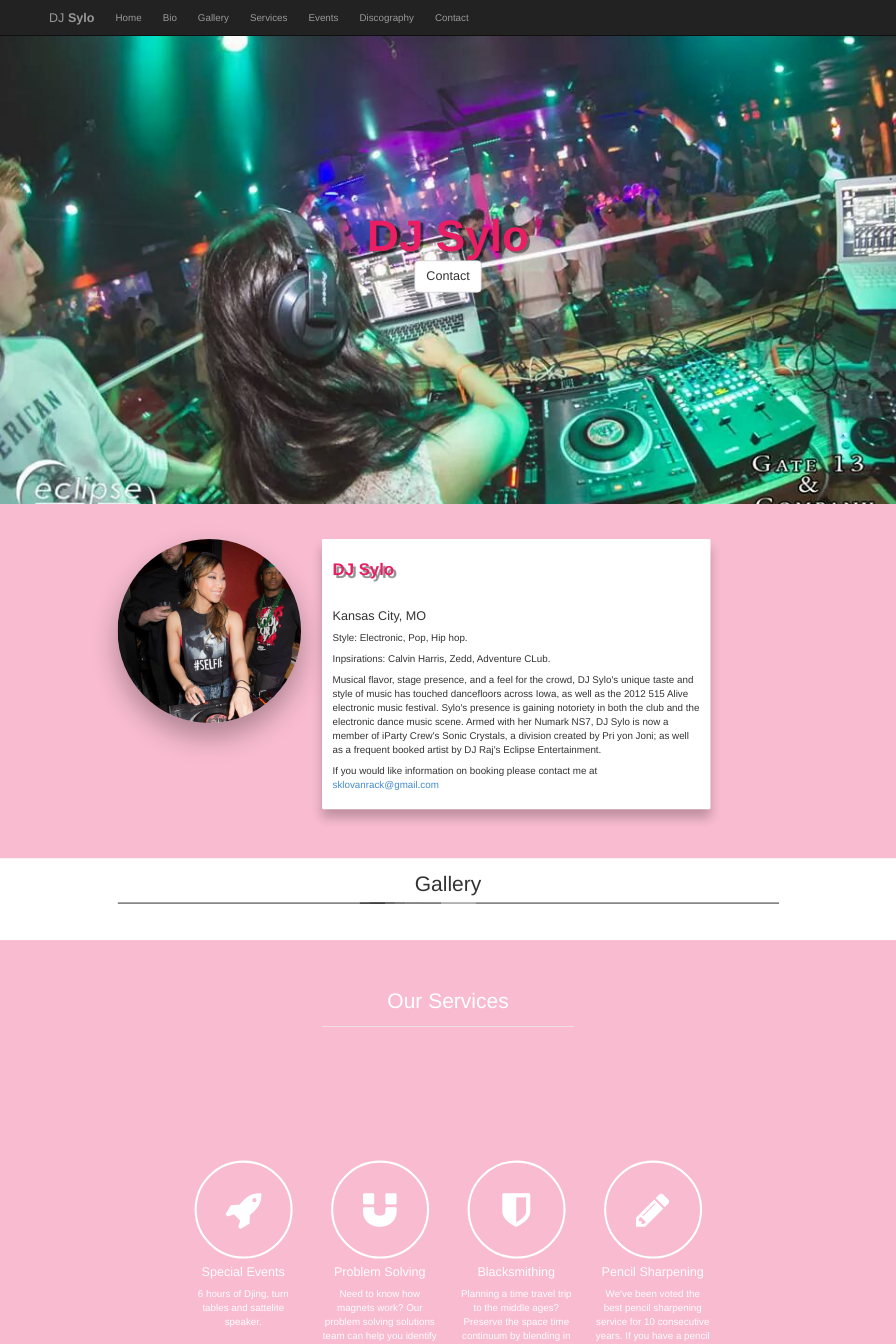
Repository: BambooXLotus/DjSylo
Page: client/index.html
The author's editor kept a record of every edit. The page is drawn from the files as they stood at one moment, then again after the next edit.
The browser window is 1280 px wide. The pictures show the part of the page from y = 0 to 1920 px (the page is 4462 px tall), at 70% of full size.
Pictures or frames that could not be fetched are drawn as grey boxes. Some icons come from a web library that is not loaded, so they are not drawn. Backgrounds fixed to the window are drawn as part of the page. Some web libraries are served in a nearby version.

Above is the page before.

### client/index.html
<!DOCTYPE html>
<html lang="en">

<head>
    <meta charset="utf-8">
    <meta name="viewport" content="width=device-width, initial-scale=1.0">
    <meta name="description" content="">
    <meta name="author" content="">
    <title>DJ Sylo</title>
    <!-- Bootstrap core CSS
        -->
    <link href="css/bootstrap.css" rel="stylesheet">
    <!-- Add custom CSS here -->
    <link href="css/stylish-portfolio.css" rel="stylesheet">
    <link href="//maxcdn.bootstrapcdn.com/font-awesome/4.1.0/css/font-awesome.min.css" rel="stylesheet">
    <link href="css/nanogallery.min.css" rel="stylesheet" type="text/css">
</head>

<body>
    <!-- Side Menu -->
    <nav class="navbar navbar-fixed-top navbar-inverse" role="navigation">
        <div class="container">
            <div class="navbar-header">
                <button type="button" class="navbar-toggle" data-toggle="collapse" data-target=".navbar-ex1-collapse">
                    <span class="sr-only">Toggle navigation</span>
                    <span class="icon-bar"></span>
                    <span class="icon-bar"></span>
                    <span class="icon-bar"></span>
                </button>
                <a class="navbar-brand" href="index.php">DJ <b>Sylo</b></a>
            </div>
            <!-- Collect the nav links, forms, and other content for toggling -->
            <div class="collapse navbar-collapse navbar-ex1-collapse">
                <ul class="nav navbar-nav">
                    <li>
                        <a href="#top">Home</a>
                    </li>
                    <li>
                        <a href="#about">Bio</a>
                    </li>
                    <li>
                        <a href="#gallery">Gallery</a>
                    </li>
                    <li>
                        <a href="#services">Services</a>
                    </li>
                    <li>
                        <a href="#portfolio">Events</a>
                    </li>
                    <li>
                        <a href="#portfolio">Discography</a>
                    </li>
                    <li>
                        <a href="#contact">Contact</a>
                    </li>
                </ul>
            </div>
            <!-- /.navbar-collapse -->
        </div>
        <!-- /.container -->
    </nav>
    <!-- /Side Menu -->
    <!-- Full Page Image Header Area -->
    <div id="top" class="header">
        <div class="vert-text">
            <div class="hero">
                <h1>DJ <b>Sylo</b></h1>
                <a href="#contact" class="btn btn-lg btn-default">Contact</a>
            </div>
        </div>
    </div>
    <!-- /Full Page Image Header Area -->
    <!-- Intro -->
    <div id="about" class="about">
        <div class="container">
            <div class="row">
                <div class="col-md-3 col-md-offset-1">
                    <img class="img-circle img-responsive circle-shadow" src="img/portrait-sm.jpg">
                </div>
                <div class="col-md-6 col-xs-12">
                    <div class="panel panel-default dialog">
                        <div class="panel-heading">
                            <h3>DJ Sylo</h3>
                        </div>
                        <div class="panel-body">
                            <h4>Kansas City, MO</h4>
                            <p>Style: Electronic, Pop, Hip hop.</p>
                            <p>Inpsirations: Calvin Harris, Zedd, Adventure CLub.</p>
                            <p>Musical flavor, stage presence, and a feel for the crowd, DJ Sylo's unique taste and style of music has touched dancefloors across Iowa, as well as the 2012 515 Alive electronic music festival. Sylo's presence is gaining notoriety
                                in both the club and the electronic dance music scene. Armed with her Numark NS7, DJ Sylo is now a member of iParty Crew's Sonic Crystals, a division created by Pri yon Joni; as well as a frequent booked artist by DJ Raj's
                                Eclipse Entertainment.</p>
                            <p>If you would like information on booking please contact me at <a href="sklovanrack@gmail.com">sklovanrack@gmail.com</a>
                            </p>
                        </div>
                    </div>
                </div>
            </div>
        </div>
    </div>
    <!-- /Intro -->
    <!-- Gallery -->
    <div id="gallery" class="gallery">
        <div class="container">
            <div class="row">
                <div class="col-md-6 col-md-offset-3 text-center">
                    <h2>Gallery</h2>
                </div>
            </div>
            <div class="row">
                <div class="col-md-10 col-md-offset-1 col-xs-12 text-center">
                    <div id="nanoGallery2"></div>
                </div>
            </div>
        </div>
    </div>
    <!-- /Gallery -->
    <!-- Services -->
    <div id="services" class="services">
        <div class="container">
            <div class="row">
                <div class="col-md-4 col-md-offset-4 text-center">
                    <h2>Our Services</h2>
                    <hr>
                </div>
            </div>
            <div class="row">
                <div class="col-md-offset-3 col-md-6">
                    <iframe width="100%" height="166" scrolling="no" frameborder="no" src="https://w.soundcloud.com/player/?url=https%3A//api.soundcloud.com/tracks/160960689&amp;color=ff5500&amp;auto_play=false&amp;hide_related=false&amp;show_comments=true&amp;show_user=true&amp;show_reposts=false"></iframe>
                </div>
            </div>
            <div class="row">
                <div class="col-md-2 col-md-offset-2 text-center">
                    <div class="service-item">
                        <i class="service-icon fa fa-rocket"></i>
                        <h4>Special Events</h4>
                        <p>6 hours of Djing, turn tables and sattelite speaker.</p>
                    </div>
                </div>
                <div class="col-md-2 text-center">
                    <div class="service-item">
                        <i class="service-icon fa fa-magnet"></i>
                        <h4>Problem Solving</h4>
                        <p>Need to know how magnets work? Our problem solving solutions team can help you identify problems and conduct exploratory research.</p>
                    </div>
                </div>
                <div class="col-md-2 text-center">
                    <div class="service-item">
                        <i class="service-icon fa fa-shield"></i>
                        <h4>Blacksmithing</h4>
                        <p>Planning a time travel trip to the middle ages? Preserve the space time continuum by blending in with period accurate armor and weapons.</p>
                    </div>
                </div>
                <div class="col-md-2 text-center">
                    <div class="service-item">
                        <i class="service-icon fa fa-pencil"></i>
                        <h4>Pencil Sharpening</h4>
                        <p>We've been voted the best pencil sharpening service for 10 consecutive years. If you have a pencil that feels dull, we'll get it sharp!</p>
                    </div>
                </div>
            </div>
        </div>
    </div>
    <!-- /Services -->
    <!-- Callout -->
    <div class="callout">
        <div class="vert-text">
            <h1>DJ Sylo</h1>
        </div>
    </div>
    <!-- /Callout -->
    <!-- Portfolio -->
    <div id="portfolio" class="portfolio">
        <div class="container">
            <div class="row">
                <div class="col-md-4 col-md-offset-4 text-center">
                    <h2>Events</h2>
                    <hr>
                </div>
            </div>
            <div class="row">
                <div class="col-md-5 col-md-offset-1">
                    <div class="panel card fixed-card">
                        <div class="card-heading">
                            <h3 class="panel-title">Jokers</h3>
                            <h4 class="panel-title stickyBottom">Des Moines - Iowa</h4>
                            <img class="img-portfolio img-responsive" src="img/one-1.jpg">
                        </div>
                        <div class="panel-body">
                            <h4>November 26th Wednesday</h4>
                        </div>
                    </div>
                </div>
                <div class="col-md-5">
                    <div class="panel card fixed-card">
                        <div class="card-heading">
                            <h3 class="panel-title">Jokers</h3>
                            <h4 class="panel-title stickyBottom">Cedarfalls - Iowa</h4>
                            <img class="img-portfolio img-responsive" src="img/portfolio-2.jpg">
                        </div>
                        <div class="panel-body">
                            <h4>Dec 26th Wednesday</h4>
                            <h5>Cats Named Remmy Drink Free</h5>
                        </div>
                    </div>
                </div>
            </div>
            <div class="row">
                <div class="col-md-5 col-md-offset-1">
                    <div class="panel card fixed-card">
                        <div class="card-heading">
                            <h3 class="panel-title">Cafe Mood</h3>
                            <h4 class="panel-title stickyBottom">Ames - Iowa</h4>
                            <img class="img-portfolio img-responsive" src="img/portfolio-3.jpg">
                        </div>
                        <div class="panel-body">
                            <h4>Dec 26th Wednesday</h4>
                        </div>
                    </div>
                </div>
                <div class="col-md-5">
                    <div class="panel card fixed-card">
                        <div class="card-heading">
                            <h3 class="panel-title">Hotel</h3>
                            <h4 class="panel-title stickyBottom">Kansas City - Missouri</h4>
                            <img class="img-portfolio img-responsive" src="img/portfolio-4.jpg">
                        </div>
                        <div class="panel-body">
                            <h4>Dec 26th Wednesday</h4>
                            <h5>Located in the Power and Light district.</h5>
                        </div>
                    </div>
                </div>
            </div>
        </div>
    </div>
    <!-- /Portfolio -->
    <!-- Call to Action -->
    <div class="call-to-action">
        <div class="container">
            <div class="row">
                <div class="col-md-6 col-md-offset-3 text-center">
                    <h3>Place Holder.</h3>
                    <a href="#" class="btn btn-lg btn-default">Click Me!</a>
                    <a href="#" class="btn btn-lg btn-primary">Look at Me!</a>
                </div>
            </div>
        </div>
    </div>
    <!-- /Call to Action -->
    <!-- Map -->
    <div id="contact">
        <div class="container">
            <div class="row">
                <div class="col-md-6 col-md-offset-3">
                    <h3>Contact</h3>
                    <hr>
                    <address>
                            <strong>Email:</strong>
                            <a href="mailto:#">sklovanrack@gmail.com</a>
                            <br>
                            <br>
                            <strong>Phone:</strong>(515) 329-2323</address>
                </div>
            </div>
            <div>
                <div class="col-md-6 col-md-offset-3 contact-form">
                    <form id="contact" method="post" class="form" role="form">
                        <div class="row">
                            <div class="col-xs-6 col-md-6 form-group">
                                <input class="form-control" id="name" name="name" placeholder="Name" type="text" />
                            </div>
                            <div class="col-xs-6 col-md-6 form-group">
                                <input class="form-control" id="email" name="email" placeholder="Email" type="email" required />
                            </div>
                        </div>
                        <textarea class="form-control" id="message" name="message" placeholder="Message" rows="5"></textarea>
                        <br />
                        <div class="row">
                            <div class="col-xs-12 col-md-12 form-group">
                                <button class="btn btn-primary pull-right" type="submit">Submit</button>
                            </div>
                        </div>
                    </form>
                </div>
            </div>
        </div>
    </div>
    <!-- /Map -->
    <!-- Footer -->
    <footer>
        <div class="container">
            <div class="row">
                <div class="col-md-6 col-md-offset-3 text-center">
                    <ul class="list-inline">
                        <li>
                            <a class="fa fa-facebook fa-3x" href="https://www.facebook.com/DJSyloSonicCrystals"></a>
                        </li>
                        <li>
                            <i class="fa fa-twitter fa-3x"></i>
                        </li>
                        <li>
                            <i class="fa fa-instagram fa-3x"></i>
                        </li>
                        <li>
                            <a class="fa fa-soundcloud fa-3x" href="https://soundcloud.com/bambooproduction/sets"></a>
                        </li>
                    </ul>
                    <div class="top-scroll">
                        <a href="#top"><i class="fa fa-circle-arrow-up scroll fa-4x"></i></a>
                    </div>
                    <hr>
                    <p>Copyright &copy; Bamboo Lotus 2014</p>
                </div>
            </div>
        </div>
    </footer>
    <!-- /Footer -->
    <!-- JavaScript -->
    <script src="js/jquery-1.10.2.js"></script>
    <script src="js/bootstrap.js"></script>

    <!-- nanoGALLERY plugin files -->
    <script type="text/javascript" src="js/jquery.nanogallery.min.js"></script>
    <!-- Custom JavaScript for the Side Menu and Smooth Scrolling
        -->
    <script>
        $("#menu-close").click(function(e) {
            e.preventDefault();
            $("#sidebar-wrapper").toggleClass("active");
        });
    </script>
    <script>
        $("#menu-toggle").click(function(e) {
            e.preventDefault();
            $("#sidebar-wrapper").toggleClass("active");
        });
    </script>
    <script>
        $(function() {
            $('a[href*=#]:not([href=#])').click(function() {
                if (location.pathname.replace(/^\//, '') == this.pathname.replace(/^\//, '') || location.hostname == this.hostname) {

                    var target = $(this.hash);
                    target = target.length ? target : $('[name=' + this.hash.slice(1) + ']');
                    if (target.length) {
                        $('html,body').animate({
                            scrollTop: target.offset().top
                        }, 1000);
                        return false;
                    }
                }
            });

            $("#nanoGallery2").nanoGallery({
                thumbnailWidth: 'auto',
                thumbnailHeight: 200,
                userID: 'derensomsanith@gmail.com',
                kind: 'picasa',
                album: '6020738059883313137',
                colorSchemeViewer: 'light',
                thumbnailHoverEffect: [{
                    name: 'labelAppear75',
                    duration: 300
                }],
                thumbnailGutterWidth: 1,
                thumbnailGutterHeight: 1,
                i18n: {
                    thumbnailImageDescription: 'View Photo',
                    thumbnailAlbumDescription: 'Open Album'
                },
                thumbnailLabel: {
                    display: true,
                    position: 'overImageOnMiddle',
                    align: 'center'
                },
                photoSorting: 'random',
                lazyBuild: 'none',
                lazyBuildTreshold: 300
            });
        });

        (function(i, s, o, g, r, a, m) {
            i['GoogleAnalyticsObject'] = r;
            i[r] = i[r] || function() {
                (i[r].q = i[r].q || []).push(arguments)
            }, i[r].l = 1 * new Date();
            a = s.createElement(o),
                m = s.getElementsByTagName(o)[0];
            a.async = 1;
            a.src = g;
            m.parentNode.insertBefore(a, m)
        })(window, document, 'script', '//www.google-analytics.com/analytics.js', 'ga');

        ga('create', 'UA-56532059-1', 'auto');
        ga('send', 'pageview');
    </script>
</body>

</html>

### client/css/stylish-portfolio.css
/* Global Styles */
@import url(http://fonts.googleapis.com/css?family=Roboto:400);

html,
body {
  height: 100%;
  width: 100%;
}
h1 {
  color: #e91e63;
  text-shadow: 4px 4px 1px rgba(0, 0, 0, 0.45);
}
h3 {
  color: #e91e63;
  text-shadow: 4px 4px 1px rgba(0, 0, 0, 0.45);
  font-weight: bold;
}
.vert-text {
  display: table-cell;
  vertical-align: middle;
  text-align: center;
}
.vert-text h1 {
  padding: 0;
  margin: 0;
  font-size: 4.5em;
  font-weight: 700;
}
/* Side Menu */

#sidebar-wrapper {
  margin-right: -250px;
  right: 0;
  width: 250px;
  background: #000;
  position: fixed;
  height: 100%;
  overflow-y: auto;
  z-index: 1000;
  -webkit-transition: all 0.4s ease 0s;
  -moz-transition: all 0.4s ease 0s;
  -ms-transition: all 0.4s ease 0s;
  -o-transition: all 0.4s ease 0s;
  transition: all 0.4s ease 0s;
}
.sidebar-nav {
  position: absolute;
  top: 0;
  width: 250px;
  list-style: none;
  margin: 0;
  padding: 0;
}
.sidebar-nav li {
  line-height: 40px;
  text-indent: 20px;
}
.sidebar-nav li a {
  color: #999999;
  display: block;
  text-decoration: none;
}
.sidebar-nav li a:hover {
  color: #fff;
  background: rgba(255, 255, 255, 0.2);
  text-decoration: none;
}
.sidebar-nav li a:active,
.sidebar-nav li a:focus {
  text-decoration: none;
}
.sidebar-nav > .sidebar-brand {
  height: 55px;
  line-height: 55px;
  font-size: 18px;
}
.sidebar-nav > .sidebar-brand a {
  color: #999999;
}
.sidebar-nav > .sidebar-brand a:hover {
  color: #fff;
  background: none;
}
#menu-toggle {
  top: 0;
  right: 0;
  position: fixed;
  z-index: 1;
}
#sidebar-wrapper.active {
  right: 250px;
  width: 250px;
  -webkit-transition: all 0.4s ease 0s;
  -moz-transition: all 0.4s ease 0s;
  -ms-transition: all 0.4s ease 0s;
  -o-transition: all 0.4s ease 0s;
  transition: all 0.4s ease 0s;
}
.toggle {
  margin: 5px 5px 0 0;
}
/* Full Page Image Header Area */

.header {
  display: table;
  height: 100%;
  width: 100%;
  position: relative;
  background: url(../img/DJSyloJumbotron.jpeg) no-repeat center center fixed;
  -webkit-background-size: cover;
  -moz-background-size: cover;
  -o-background-size: cover;
  background-size: cover;
}
/* Intro */

.intro {
  padding: 50px 0;
}
/* About */

.about {
  background: #f8bbd0;
  padding: 50px 0;
}
/* Services */

.services {
  background: #f8bbd0;
  padding: 50px 0;
  color: #ffffff;
}
.service-item {
  margin-bottom: 15px;
}
i.service-icon {
  border: 3px solid #ffffff;
  border-radius: 50%;
  display: inline-block;
  font-size: 56px;
  width: 140px;
  height: 140px;
  line-height: 136px;
  vertical-align: middle;
  text-align: center;
}
/* Callout */

.callout {
  color: #ffffff;
  display: table;
  height: 400px;
  width: 100%;
  background: url(../img/callout_DJSylo.jpeg) no-repeat center center fixed;
  -webkit-background-size: cover;
  -moz-background-size: cover;
  -o-background-size: cover;
  background-size: cover;
}
/* Portfolio */

.portfolio {
  padding: 50px 0;
}
.portfolio-item {
  margin-bottom: 25px;
}
.img-portfolio {
  margin: 0 auto;
}
/* Call to Action */

.call-to-action {
  color: #ffffff;
  background: #ec407a;
  padding: 50px 0;
}
.call-to-action .btn {
  margin: 10px;
}
/* Map */

.map {
  height: 500px;
}
/* Footer */

footer {
  padding: 100px 0;
}
.top-scroll {
  margin-top: 50px;
}
.top-scroll a {
  text-decoration: none;
  color: inherit;
}
i.scroll {
  color: #333333;
}
i.scroll:hover {
  color: #0a5175;
}
/* Responsive */

@media (max-width: 768px) {
  .header {
    background: url(../img/DJSyloJumbotron.jpeg) no-repeat center center scroll;
  }
  .callout {
    background: url(../img/callout_DJSylo.jpeg) no-repeat center center scroll;
  }
  .map {
    height: 75%;
  }
}
html,
body {
  height: 100%;
}
.carousel,
.item,
.active {
  height: 100%;
}
.carousel-inner {
  height: 100%;
}
.fill {
  width: 100%;
  height: 100%;
  background-position: center;
  background-size: cover;
}
/* faster sliding speed */

.carousel-inner > .item {
  -webkit-transition: 0.3s ease-in-out left;
  -moz-transition: 0.3s ease-in-out left;
  -o-transition: 0.3s ease-in-out left;
  transition: 0.3s ease-in-out left;
}
/* keep full widget on smaller screens */

@media (max-width: 767px) {
  body {
    padding-left: 0;
    padding-right: 0;
  }
}
#galleryContainer {
  background: #DDD;
  max-width: 1000px;
  max-height: 500px;
}
.item img {
  width: 50%;
}
.item.w2 {
  width: 25%;
}

.circle-shadow{
      box-shadow: 0 19px 38px rgba(0,0,0,0.30);
}

    /* Card, Dialog */
    .card, .dialog {
      border-radius: 2px;
      border: 0px;
      position: relative;
      display: inline-block;
      vertical-align: top;
      background-color: #fff;
      box-shadow: 0 12px 15px 0 rgba(0, 0, 0, 0.24);
    }

    .fixed-card{
      width: 400px;
      height: 400px;      width: 400px;
      height: 400px;
    }

    .panel:hover .panel-title {
    background: #e91e63;
}

    .panel-title {
    position: absolute;
    background: rgba(34, 34, 34, 0.6);
    color: White;
    padding: 5px;
    z-index: 3;
    -webkit-transition: all .6s ease-in-out;
    -moz-transition: all .6s ease-in-out;
    -o-transition: all .6s ease-in-out;
    -ms-transition: all .6s ease-in-out;
    transition: all .6s ease-in-out;
}

.panel-default > .panel-heading {
    border-radius: 0;
    background: transparent;
    border: 0px;
}

.card-heading {
    border-radius: 0;
    background: transparent;
    overflow: hidden;
    padding: 0px;
    border-bottom: 0px;
}

.stickyBottom {
    position: absolute;
    bottom: 0;
    left: 0;
}

Loaded but not shown: client/css/bootstrap.css (library); client/css/nanogallery.min.css (library); client/js/jquery-1.10.2.js (library); client/js/bootstrap.js (library); client/js/jquery.nanogallery.min.js (library)

After the next edit:
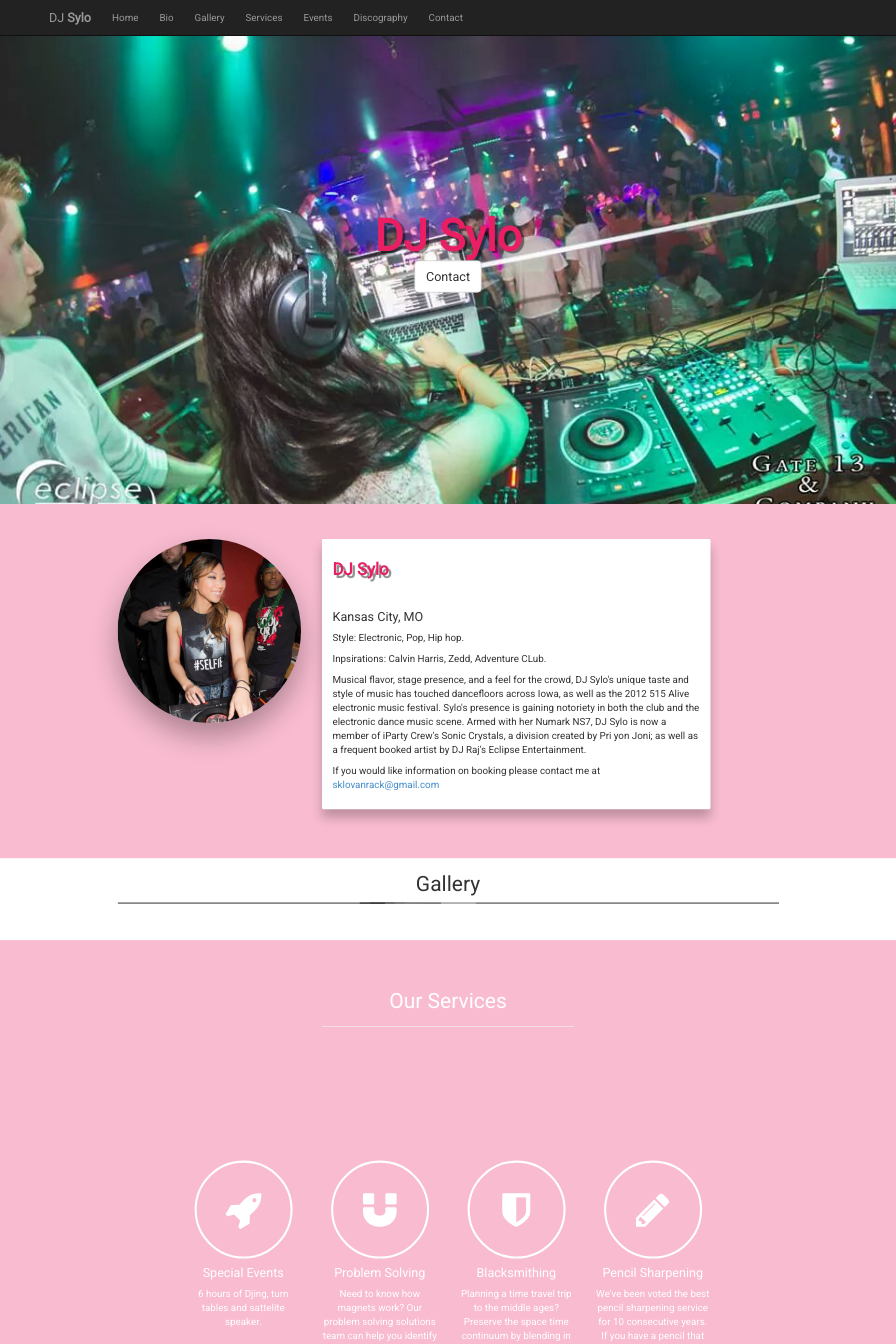
The edit:
--- a/client/css/stylish-portfolio.css
+++ b/client/css/stylish-portfolio.css
@@ -5,6 +5,7 @@
 body {
   height: 100%;
   width: 100%;
+  font-family: 'Roboto', sans-serif;
 }
 h1 {
   color: #e91e63;
